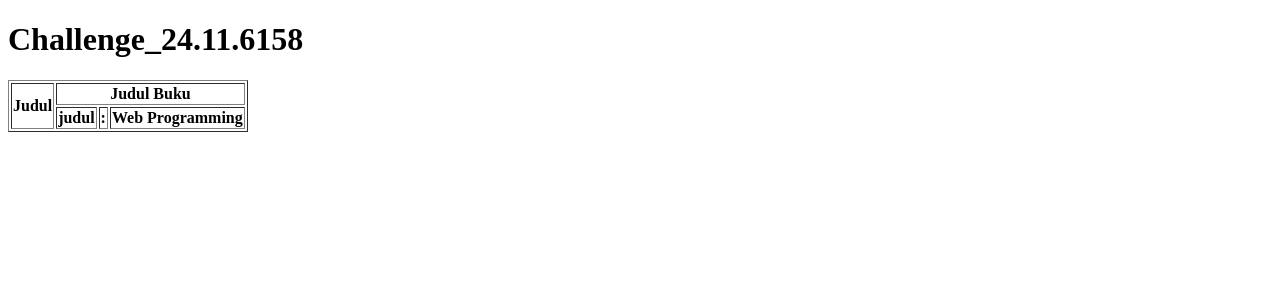
Repository: RoyyanSuryanto/Challenge_24116158
Page: Pertemuan 4/Challenge_24116158.html
An editor plug-in stored every save of this project. The page is shown before and after the next save, followed by the edit.
The browser window is 1280 px wide. The pictures show the whole page.

Above is the page before, as saved 2026-04-20 09:39:37.

After the next save:
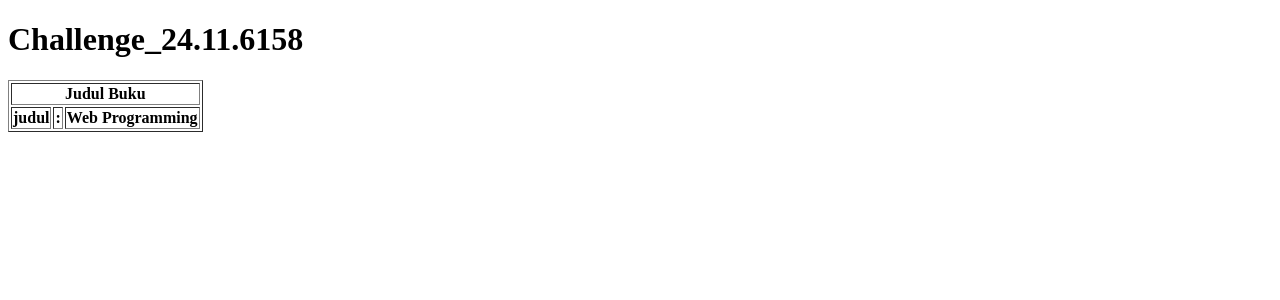
Saved 23 s later.
--- a/Pertemuan 4/Challenge_24116158.html
+++ b/Pertemuan 4/Challenge_24116158.html
@@ -12,7 +12,6 @@
 
     <table border=>
         <tr>
-            <th rowspan="3" background-color="lightgreen">Judul</th>
             <th colspan="3" background-color="orange">Judul Buku</th>
         </tr>
 
